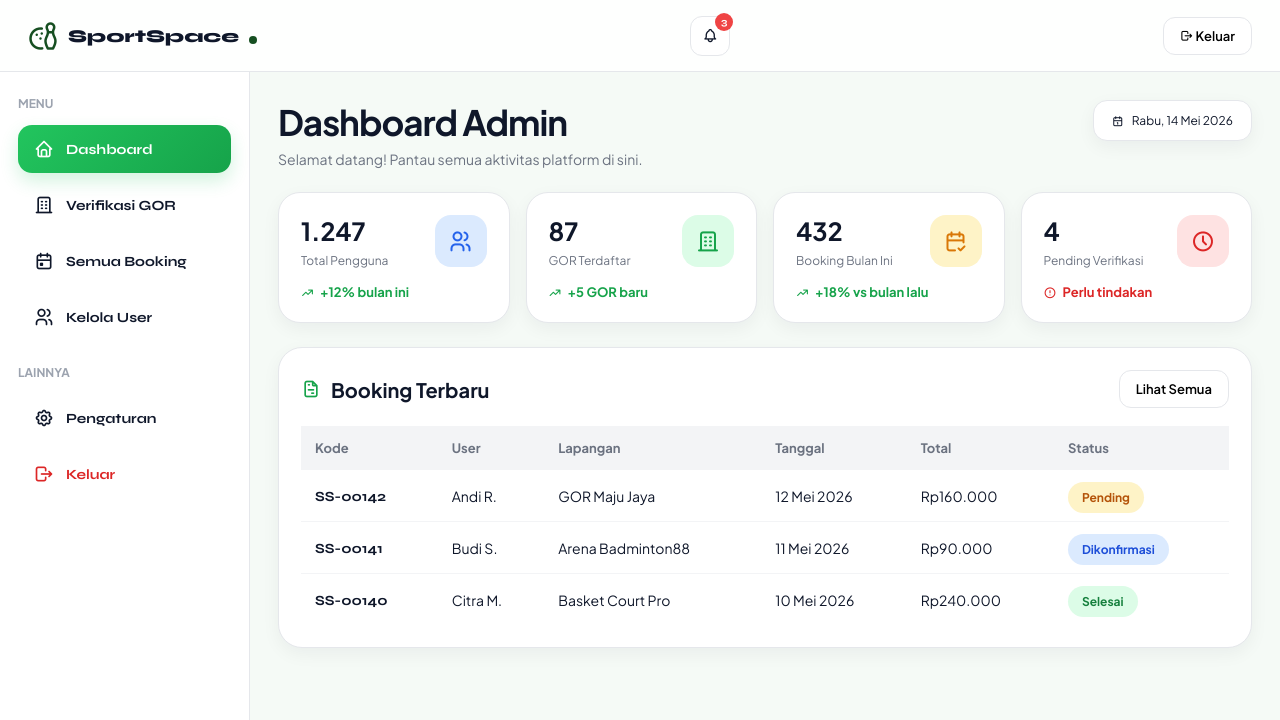
Repository: vira633/SportSpace
Page: dashboard-admin.html
The author's editor kept a copy of each file at every save. The page is drawn from the files as they stood at one save, then again after the next save.
The browser window is 1280 px wide. The pictures show the whole page.
Some web libraries are served in a nearby version.

Above is the page before, as saved 2026-05-17 00:48:59.

### dashboard-admin.html
<!DOCTYPE html>
<html lang="id">
<head>
  <meta charset="UTF-8">
  <meta name="viewport" content="width=device-width, initial-scale=1.0">
  <title>Dashboard Admin — SportSpace</title>
  <link rel="stylesheet" href="admin.css">
  <link rel="stylesheet" href="https://cdn.jsdelivr.net/npm/@tabler/icons-webfont@3.31.0/dist/tabler-icons.min.css">
</head>

<body>

  <!-- TOAST NOTIFICATION -->
  <div id="toast" class="toast">
    <i class="ti ti-circle-check"></i>
    <span id="toastText">Berhasil!</span>
  </div>

  <!-- MODAL DETAIL USER -->
  <div class="modal-overlay" id="detailModal">
    <div class="detail-modal">
      <div class="modal-header">
        <h2>Detail User</h2>
        <button class="close-btn"
        onclick="closeDetailModal()">
          <i class="ti ti-x"></i>
        </button>

      </div>
      <div class="detail-content">
        <div class="detail-avatar">
          A
        </div>
        <h3>Riska Aprilia</h3>

        <p class="detail-role">
          User SportSpace
        </p>

        <div class="detail-list">
          <div class="detail-item">
            <span>Email</span>
            <strong>riska@gmail.com</strong>
          </div>

          <div class="detail-item">
            <span>No HP</span>
            <strong>0812-3456-7890</strong>
          </div>

          <div class="detail-item">
            <span>Status</span>
            <strong>Aktif</strong>
          </div>

          <div class="detail-item">
            <span>Bergabung</span>
            <strong>Januari 2026</strong>
          </div>
        </div>
      </div>
    </div>
  </div>

  <!-- NAVBAR -->
  <nav class="navbar">
    <a href="index.html"class="navbar-brand">
      <i class="ti ti-bowling"></i>
      <span>SportSpace</span>
      <div class="dot"></div>
    </a>

      <div class="notif-container">

  <div class="notif" onclick="toggleNotif()">
    <i class="ti ti-bell"></i>
    <div class="notif-badge" id="notifBadge">
      3
    </div>
  </div>

  <div class="notif-dropdown"
  id="notifDropdown">

    <div class="notif-item">
      <i class="ti ti-building"></i>
      <span>
        GOR baru menunggu verifikasi
      </span>
    </div>

    <div class="notif-item">
      <i class="ti ti-calendar-event"></i>
      <span>
        Booking baru berhasil masuk
      </span>
    </div>

    <div class="notif-item">
      <i class="ti ti-users"></i>
      <span>
        Ada user baru terdaftar
      </span>
    </div>
  </div>
</div>

<a href="login.html">
  <button class="btn btn-outline btn-sm">
     <i class="ti ti-logout"></i>
     Keluar
    </button>
  </a>
 </div>
</nav>

  <!-- LAYOUT -->
   <div class="dashboard-layout">

    <!-- SIDEBAR -->
    <aside class="sidebar">
      <div>

        <div class="sidebar-section">
          MENU
        </div>

        <div class="sidebar-menu">

          <div class="sidebar-item active" onclick="showSection('dashboard', this)">
            <i class="ti ti-home"></i>
            <span>Dashboard</span>
          </div>

          <div class="sidebar-item"
          onclick="showSection('venue', this)">
            <i class="ti ti-building"></i>
            <span>Verifikasi GOR</span>
          </div>

          <div class="sidebar-item"
          onclick="showSection('booking', this)">
            <i class="ti ti-calendar-event"></i>
            <span>Semua Booking</span>
          </div>

          <div class="sidebar-item"
          onclick="showSection('user', this)">
            <i class="ti ti-users"></i>
            <span>Kelola User</span>
          </div>
        </div>

        <div class="sidebar-section extra">
          LAINNYA
        </div>

        <div class="sidebar-menu">

          <div class="sidebar-item"
          onclick="showSection('setting', this)">
            <i class="ti ti-settings"></i>
            <span>Pengaturan</span>
          </div>

          <a href="login.html" class="logout-link">
            <div class="sidebar-item logout">
              <i class="ti ti-logout"></i>
              <span>Keluar</span>
            </div>
          </a>
        </div>
      </div>
    </aside>

    <!-- CONTENT -->
    <main class="dashboard-content">

      <!-- DASHBOARD -->
      <section id="section-dashboard">
        <div class="top-header">
          <div>
            <h1 class="page-title">
              Dashboard Admin
            </h1>

            <p class="page-sub">
              Selamat datang! Pantau semua aktivitas platform di sini.
            </p>
          </div>

          <div class="date-card">
            <i class="ti ti-calendar"></i>
            Rabu, 14 Mei 2026
          </div>
        </div>

        <!-- STATS -->
        <div class="stats-grid">
          <div class="stat-card">
            <div class="stat-top">
              <div>
                <div class="stat-value">
                  1.247
                </div>

                <div class="stat-label">
                  Total Pengguna
                </div>
              </div>

              <div class="stat-icon blue-bg">
                <i class="ti ti-users"></i>
              </div>
            </div>

            <div class="stat-change stat-up">
              <i class="ti ti-trending-up"></i>
              +12% bulan ini
            </div>
          </div>

          <div class="stat-card">
            <div class="stat-top">
              <div>
                <div class="stat-value">
                  87
                </div>

                <div class="stat-label">
                  GOR Terdaftar
                </div>
              </div>

              <div class="stat-icon green-bg">
                <i class="ti ti-building"></i>
              </div>
            </div>

            <div class="stat-change stat-up">
              <i class="ti ti-trending-up"></i>
              +5 GOR baru
            </div>
          </div>

          <div class="stat-card">
            <div class="stat-top">
              <div>

                <div class="stat-value">
                  432
                </div>

                <div class="stat-label">
                  Booking Bulan Ini
                </div>
              </div>

              <div class="stat-icon amber-bg">
                <i class="ti ti-calendar-check"></i>
              </div>
            </div>

            <div class="stat-change stat-up">
              <i class="ti ti-trending-up"></i>
              +18% vs bulan lalu
            </div>
          </div>

          <div class="stat-card">
            <div class="stat-top">
              <div>

                <div class="stat-value">
                  4
                </div>

                <div class="stat-label">
                  Pending Verifikasi
                </div>
              </div>

              <div class="stat-icon red-bg">
                <i class="ti ti-clock"></i>
              </div>
            </div>

            <div class="stat-change danger">
              <i class="ti ti-alert-circle"></i>
              Perlu tindakan
            </div>
          </div>
        </div>

        <!-- BOOKING TERBARU -->
        <div class="card">
          <div class="card-header">
            <div class="card-title">
              <i class="ti ti-file-invoice"></i>
              Booking Terbaru
            </div>

            <button class="btn btn-outline btn-sm"
            onclick="openBookingSection()">
              Lihat Semua
            </button>
          </div>

          <div class="table-wrapper">
            <table class="table">
              <thead>
                <tr>
                  <th>Kode</th>
                  <th>User</th>
                  <th>Lapangan</th>
                  <th>Tanggal</th>
                  <th>Total</th>
                  <th>Status</th>
                </tr>
              </thead>
              <tbody>

                <tr>
                  <td><strong>SS-00142</strong></td>
                  <td>Andi R.</td>
                  <td>GOR Maju Jaya</td>
                  <td>12 Mei 2026</td>
                  <td>Rp160.000</td>
                  <td><span class="badge badge-amber">Pending</span></td>
                </tr>

                <tr>
                  <td><strong>SS-00141</strong></td>
                  <td>Budi S.</td>
                  <td>Arena Badminton88</td>
                  <td>11 Mei 2026</td>
                  <td>Rp90.000</td>
                  <td><span class="badge badge-blue">Dikonfirmasi</span></td>
                </tr>

                <tr>
                  <td><strong>SS-00140</strong></td>
                  <td>Citra M.</td>
                  <td>Basket Court Pro</td>
                  <td>10 Mei 2026</td>
                  <td>Rp240.000</td>
                  <td><span class="badge badge-green">Selesai</span></td>
                </tr>
              </tbody>
            </table>
          </div>
        </div>
      </section>

      <!-- VERIFIKASI -->
      <section id="section-venue" class="hidden">
        <div class="top-header">
          <div>
            <h1 class="page-title">
              Verifikasi GOR
            </h1>
            <p class="page-sub">
              Kelola dan verifikasi GOR baru sebelum tampil di platform.
            </p>
          </div>
        </div>
        <div class="venue-grid">
          <div class="venue-card">
            <div class="venue-top">
              <div class="venue-icon">
                <i class="ti ti-building-stadium"></i>
              </div>
              <span class="badge badge-amber">
                Pending
              </span>
            </div>

            <h3 class="venue-title">
              GOR Sejahtera Mandiri
            </h3>

            <div class="venue-location">
              <i class="ti ti-map-pin"></i>
              Sleman, Yogyakarta
            </div>

            <div class="venue-info-list">
              <div>
                <i class="ti ti-user"></i>
                Pemilik: Bapak Hendra
              </div>

              <div>
                <i class="ti ti-calendar"></i>
                Daftar: 09 Mei 2026
              </div>

              <div>
                <i class="ti ti-ball-football"></i>
                Futsal & Badminton
              </div>
            </div>

            <div class="venue-actions">

              <button class="btn btn-primary btn-sm" onclick="showToast('GOR berhasil diterima!')">
                Terima
              </button>

              <button class="btn btn-outline btn-sm reject-btn" onclick="showToast('GOR berhasil ditolak!')">
                Tolak
              </button>
            </div>
          </div>
        </div>
      </section>

      <!-- BOOKING -->
      <section id="section-booking" class="hidden">
        <div class="top-header">
          <div>

            <h1 class="page-title">
              Semua Booking
            </h1>

            <p class="page-sub">
              Pantau seluruh transaksi booking pengguna SportSpace.
            </p>
          </div>
        </div>

        <div class="card">
          <div class="card-header">
            <div class="card-title">
              <i class="ti ti-receipt"></i>
              Data Booking
            </div>
          </div>
          <div class="table-wrapper">
            <table class="table">
              <thead>
                <tr>
                  <th>Kode</th>
                  <th>User</th>
                  <th>Lapangan</th>
                  <th>Tanggal</th>
                  <th>Jam</th>
                  <th>Total</th>
                  <th>Status</th>
                </tr>
              </thead>
              <tbody>

                <tr>
                  <td><strong>SS-00142</strong></td>
                  <td>Andi R.</td>
                  <td>Futsal A</td>
                  <td>12 Mei 2026</td>
                  <td>13.00 - 15.00</td>
                  <td>Rp160.000</td>
                  <td><span class="badge badge-amber">Pending</span></td>
                </tr>

                <tr>
                  <td><strong>SS-00141</strong></td>
                  <td>Budi S.</td>
                  <td>Badminton A</td>
                  <td>11 Mei 2026</td>
                  <td>09.00 - 11.00</td>
                  <td>Rp90.000</td>
                  <td><span class="badge badge-blue">Dikonfirmasi</span></td>
                </tr>
              </tbody>
            </table>
          </div>
        </div>
      </section>

      <!-- USER -->
      <section id="section-user" class="hidden">
        <div class="top-header">
          <div>
            <h1 class="page-title">
              Kelola User
            </h1>

            <p class="page-sub">
              Pantau akun pengguna dan owner yang terdaftar.
            </p>
          </div>
        </div>

        <div class="user-grid">
          <div class="user-card">
            <div class="user-top">
              <div class="user-avatar">
                A
              </div>

              <span class="badge badge-blue">
                User
              </span>
            </div>

            <h3 class="user-name">
              Riska Aprilia
            </h3>

            <div class="user-email">
              riska@gmail.com
            </div>

            <div class="user-role">
              Bergabung sejak Januari 2026
            </div>

            <div class="user-actions">

              <button class="btn btn-outline btn-sm"
              onclick="openDetailModal()">
                Detail
              </button>

              <button class="btn btn-outline btn-sm reject-btn"
              onclick="showToast('User berhasil diblokir!')">
                Ban
              </button>
            </div>
          </div>
        </div>
      </section>

      <!-- SETTING -->
      <section id="section-setting" class="hidden">
        <div class="top-header">
          <div>

            <h1 class="page-title">
              Pengaturan
            </h1>

            <p class="page-sub">
              Atur konfigurasi utama platform SportSpace.
            </p>
          </div>
        </div>

        <div class="setting-grid">
          <div class="setting-card">
            <h3>
              Pengaturan Platform
            </h3>

            <div class="form-group">
              <label>
                Nama Platform
              </label>

              <input type="text"
              value="SportSpace">
            </div>

            <div class="form-group">
              <label>
                Email Admin
              </label>
              <input type="email"
              value="admin@sportspace.com">
            </div>

            <button class="btn btn-primary btn-sm"
            onclick="showToast('Perubahan berhasil disimpan!')">
              Simpan Perubahan
            </button>
          </div>
        </div>
      </section>
    </main>
  </div>

  <script>
    function showSection(name, item){
      document
      .querySelectorAll('[id^="section-"]')
      .forEach(section => {
        section.classList.add('hidden');
      });

      document
      .getElementById('section-' + name)
      .classList.remove('hidden');

      document
      .querySelectorAll('.sidebar-item')
      .forEach(menu => {
        menu.classList.remove('active');
      });

      item.classList.add('active');
    }

    function openBookingSection(){
      document
      .querySelectorAll('[id^="section-"]')
      .forEach(section => {
        section.classList.add('hidden');
      });

      document
      .getElementById('section-booking')
      .classList.remove('hidden');

      document
      .querySelectorAll('.sidebar-item')
      .forEach(menu => {
        menu.classList.remove('active');
      });

      document
      .querySelectorAll('.sidebar-item')[2]
      .classList.add('active');
    }

    function toggleProfileMenu(){
      const dropdown =
      document.getElementById('profileDropdown');

      dropdown.classList.toggle('active');
    }

    function showToast(message){
      const toast =
      document.getElementById('toast');

      const toastText =
      document.getElementById('toastText');

      toastText.innerText = message;

      toast.classList.add('show');

      setTimeout(() => {
        toast.classList.remove('show');
      }, 3000);
    }

    function openDetailModal(){
      document
      .getElementById('detailModal')
      .classList.add('active');
    }

    function closeDetailModal(){
      document
      .getElementById('detailModal')
      .classList.remove('active');
    }

    function toggleNotif(){
      const dropdown =
      document.getElementById('notifDropdown');

      const badge =
      document.getElementById('notifBadge');

      dropdown.classList.toggle('active');

      if(dropdown.classList.contains('active')){
         badge.style.display = 'none';
  }
}

window.addEventListener('click', function(e){
  if(
    !e.target.closest('.notif-container')
  ){
    const notif =
    document.getElementById('notifDropdown');

    if(notif){
      notif.classList.remove('active');
    }
  }
}
);
  </script>
</body>
</html>

Loaded but not shown: admin.css (1012 lines, source omitted)

After the next save:
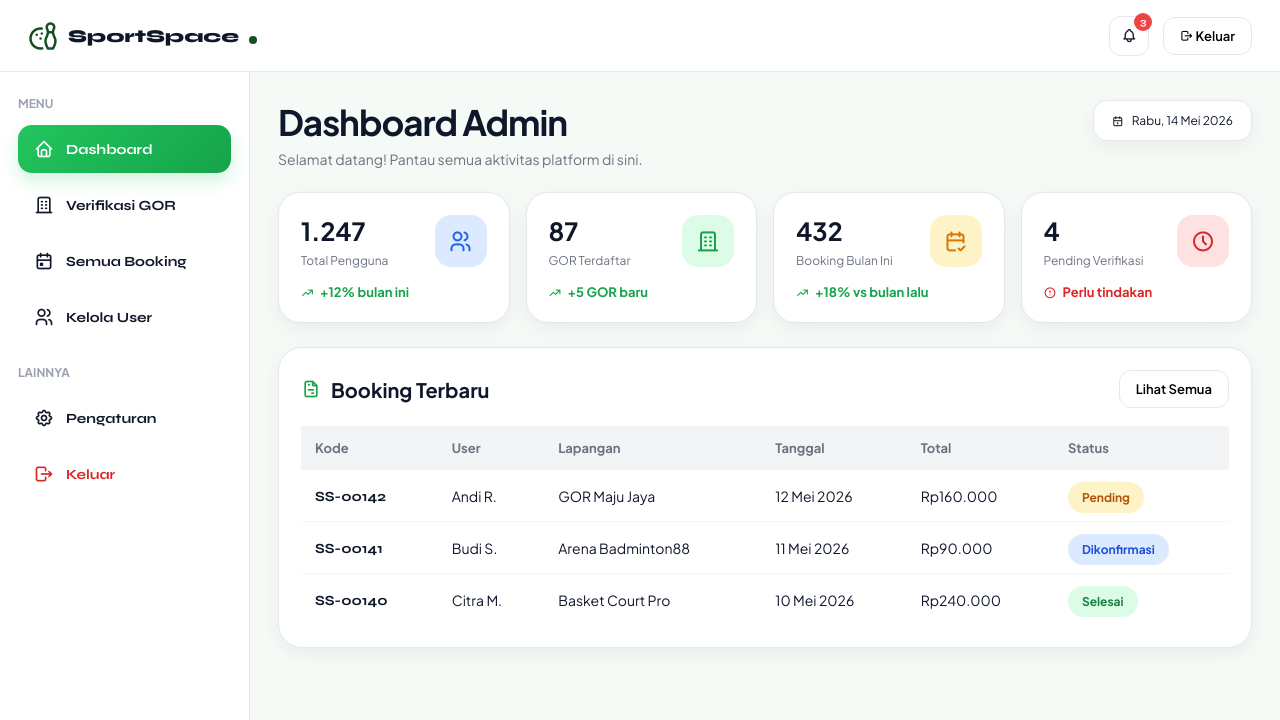
Saved 15 s later.
--- a/dashboard-admin.html
+++ b/dashboard-admin.html
@@ -70,6 +70,7 @@
       <div class="dot"></div>
     </a>
 
+    <div class="navbar-actions">
       <div class="notif-container">
 
   <div class="notif" onclick="toggleNotif()">
